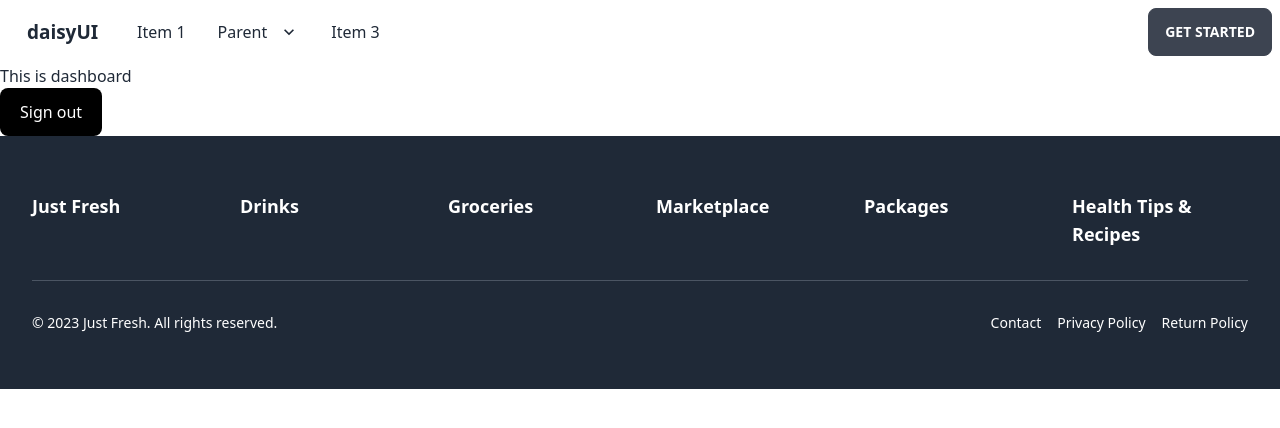
Repository: buzzedison/justfreshnew
Page: /dashboard
The author's editor kept a copy of each file at every save. The page is drawn from the files as they stood at one save, then again after the next save.
The browser window is 1280 px wide. The pictures show the whole page.
The project was rebuilt for these pictures with package versions that can differ from the ones it lists, and the page was loaded fresh each time. The framework's server and built-in components were replaced by stand-ins that run in the browser. Also part of the build but not shown: svelte.config.js, vite.config.js.

Above is the page before, as saved 2023-04-05 09:22:49.

### src/routes/+layout.svelte
<script>
  import "../app.css";

  import Navbar from "../components/Navbar.svelte";
  import Footer from "../components/Footer.svelte";
</script>

<div>
  <Navbar />
  <slot />
  <Footer />
</div>

### src/routes/dashboard/+page.svelte
<script>
  import { authHandlers } from "$stores/store.js";

  async function handleSignOut() {
    try {
      await authHandlers.logout();
      // Redirect or perform any other action after signing out
    } catch (error) {
      console.error("Error signing out:", error);
    }
  }
</script>

<div>
  <h1>This is dashboard</h1>

  <button
    class="bg-black py-3 px-5 text-white rounded-lg"
    on:click={handleSignOut}>Sign out</button
  >
</div>

### src/components/Navbar.svelte
<!-- src/components/Navbar.svelte -->
<!-- <nav class="bg-white shadow-sm">
  <div class="container mx-auto px-4">
    <div class="flex items-center justify-between py-4">
      <div class="text-2xl font-bold text-orange-600">Just Fresh</div>
      <ul class="flex items-center space-x-4 text-gray-700">
        <li>
          <a href="/" class="hover:text-orange-600"> About </a>
        </li>
        <li>
          <a href="/juices" class="hover:text-orange-600"> Drinks </a>
        </li>
        <li>
          <a href="/groceries" class="hover:text-orange-600"> Groceries </a>
        </li>
        <li>
          <a href="/marketplace" class="hover:text-orange-600"> Marketplace </a>
        </li>
        <li>
          <a href="/packages" class="hover:text-orange-600"> Packages </a>
        </li>
        <li>
          <a href="/contact" class="hover:text-orange-600">
            Health Tips & Recipes
          </a>
        </li>
      </ul>
    </div>
  </div>
</nav> -->

<script>
  import { onMount } from "svelte";

  onMount(() => {
    // Your JavaScript code for the component goes here, if needed
  });
</script>

<div class="navbar bg-base-100">
  <div class="navbar-start">
    <!-- Mobile menu -->
    <div class="dropdown lg:hidden">
      <button class="btn btn-ghost">
        <svg
          xmlns="http://www.w3.org/2000/svg"
          class="h-5 w-5"
          fill="none"
          viewBox="0 0 24 24"
          stroke="currentColor"
          ><path
            stroke-linecap="round"
            stroke-linejoin="round"
            stroke-width="2"
            d="M4 6h16M4 12h8m-8 6h16"
          /></svg
        >
      </button>
      <ul
        class="menu menu-compact dropdown-content mt-3 p-2 shadow bg-base-100 rounded-box w-52"
      >
        <li><a href="/">Item 1</a></li>
        <li>
          <button class="justify-between w-full text-left">
            Parent
            <svg
              class="fill-current"
              xmlns="http://www.w3.org/2000/svg"
              width="24"
              height="24"
              viewBox="0 0 24 24"
              ><path
                d="M8.59,16.58L13.17,12L8.59,7.41L10,6L16,12L10,18L8.59,16.58Z"
              /></svg
            >
          </button>
          <ul class="p-2">
            <li><a href="/">Submenu 1</a></li>
            <li><a href="/">Submenu 2</a></li>
          </ul>
        </li>
        <li><a href="/">Item 3</a></li>
      </ul>
    </div>

    <!-- Desktop menu -->
    <div class="hidden lg:flex">
      <a href="/" class="btn btn-ghost normal-case text-xl">daisyUI</a>
      <ul class="menu menu-horizontal px-1">
        <li><a href="/">Item 1</a></li>
        <li>
          <button class="justify-between">
            Parent
            <svg
              class="fill-current"
              xmlns="http://www.w3.org/2000/svg"
              width="20"
              height="20"
              viewBox="0 0 24 24"
              ><path
                d="M7.41,8.58L12,13.17L16.59,8.58L18,10L12,16L6,10L7.41,8.58Z"
              /></svg
            >
          </button>
          <ul class="p-2">
            <li><a href="/">Submenu 1</a></li>
            <li><a href="/">Submenu 2</a></li>
          </ul>
        </li>
        <li><a href="/">Item 3</a></li>
      </ul>
    </div>
  </div>

  <div class="navbar-end">
    <a href="/" class="btn">Get started</a>
  </div>
</div>

<style>
  /* Add any component-specific styles here */
</style>

### src/components/Footer.svelte
<script>
  // You can add any necessary script here
</script>

<footer class="bg-gray-800 text-white px-8 py-14">
  <div class="container mx-auto">
    <div class="grid grid-cols-1 md:grid-cols-6 gap-8 mb-8">
      <div class="font-semibold text-lg">Just Fresh</div>
      <div class="font-semibold text-lg">Drinks</div>
      <div class="font-semibold text-lg">Groceries</div>
      <div class="font-semibold text-lg">Marketplace</div>
      <div class="font-semibold text-lg">Packages</div>
      <div class="font-semibold text-lg">Health Tips & Recipes</div>
    </div>
    <hr class="border-gray-600" />
    <div class="flex flex-wrap justify-between mt-8 text-sm">
      <div>
        &copy; {new Date().getFullYear()} Just Fresh. All rights reserved.
      </div>
      <div class="flex flex-wrap gap-4 mt-4 md:mt-0">
        <a href="/contact" class="hover:text-gray-300">Contact</a>
        <a href="/privacy-policy" class="hover:text-gray-300">Privacy Policy</a>
        <a href="/return-policy" class="hover:text-gray-300">Return Policy</a>
      </div>
    </div>
  </div>
</footer>

<style>
  /* Add any necessary custom styles here */
</style>

### tailwind.config.cjs
/** @type {import('tailwindcss').Config} */
module.exports = {
  content: ['./src/**/*.{html,js,svelte,ts}'],
  daisyui: {
    themes: ["light", "dark", "cupcake", "bumblebee", "emerald", "corporate", "synthwave", "retro", "cyberpunk", "valentine", "halloween", "garden", "forest", "aqua", "lofi", "pastel", "fantasy", "wireframe", "black", "luxury", "dracula", "cmyk", "autumn", "business", "acid", "lemonade", "night", "coffee", "winter"],
    extend: {},

  },
  plugins: [require("daisyui")],
}

Loaded but not shown: src/app.html (common file); src/app.css (common file)

After the next save:
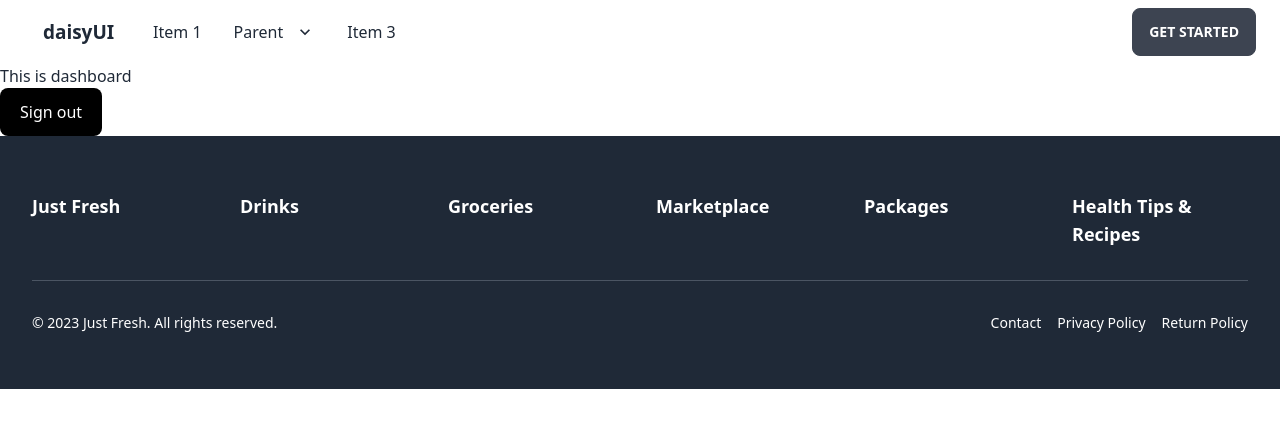
Saved 60 min 14 s later.
--- a/src/components/Navbar.svelte
+++ b/src/components/Navbar.svelte
@@ -37,83 +37,85 @@
   });
 </script>
 
-<div class="navbar bg-base-100">
-  <div class="navbar-start">
-    <!-- Mobile menu -->
-    <div class="dropdown lg:hidden">
-      <button class="btn btn-ghost">
-        <svg
-          xmlns="http://www.w3.org/2000/svg"
-          class="h-5 w-5"
-          fill="none"
-          viewBox="0 0 24 24"
-          stroke="currentColor"
-          ><path
-            stroke-linecap="round"
-            stroke-linejoin="round"
-            stroke-width="2"
-            d="M4 6h16M4 12h8m-8 6h16"
-          /></svg
+<div class="container mx-auto px-4">
+  <div class="navbar bg-base-100">
+    <div class="navbar-start">
+      <!-- Mobile menu -->
+      <div class="dropdown lg:hidden">
+        <button class="btn btn-ghost">
+          <svg
+            xmlns="http://www.w3.org/2000/svg"
+            class="h-5 w-5"
+            fill="none"
+            viewBox="0 0 24 24"
+            stroke="currentColor"
+            ><path
+              stroke-linecap="round"
+              stroke-linejoin="round"
+              stroke-width="2"
+              d="M4 6h16M4 12h8m-8 6h16"
+            /></svg
+          >
+        </button>
+        <ul
+          class="menu menu-compact dropdown-content mt-3 p-2 shadow bg-base-100 rounded-box w-52"
         >
-      </button>
-      <ul
-        class="menu menu-compact dropdown-content mt-3 p-2 shadow bg-base-100 rounded-box w-52"
-      >
-        <li><a href="/">Item 1</a></li>
-        <li>
-          <button class="justify-between w-full text-left">
-            Parent
-            <svg
-              class="fill-current"
-              xmlns="http://www.w3.org/2000/svg"
-              width="24"
-              height="24"
-              viewBox="0 0 24 24"
-              ><path
-                d="M8.59,16.58L13.17,12L8.59,7.41L10,6L16,12L10,18L8.59,16.58Z"
-              /></svg
-            >
-          </button>
-          <ul class="p-2">
-            <li><a href="/">Submenu 1</a></li>
-            <li><a href="/">Submenu 2</a></li>
-          </ul>
-        </li>
-        <li><a href="/">Item 3</a></li>
-      </ul>
+          <li><a href="/">Item 1</a></li>
+          <li>
+            <button class="justify-between w-full text-left">
+              Parent
+              <svg
+                class="fill-current"
+                xmlns="http://www.w3.org/2000/svg"
+                width="24"
+                height="24"
+                viewBox="0 0 24 24"
+                ><path
+                  d="M8.59,16.58L13.17,12L8.59,7.41L10,6L16,12L10,18L8.59,16.58Z"
+                /></svg
+              >
+            </button>
+            <ul class="p-2">
+              <li><a href="/">Submenu 1</a></li>
+              <li><a href="/">Submenu 2</a></li>
+            </ul>
+          </li>
+          <li><a href="/">Item 3</a></li>
+        </ul>
+      </div>
+
+      <!-- Desktop menu -->
+      <div class="hidden lg:flex">
+        <a href="/" class="btn btn-ghost normal-case text-xl">daisyUI</a>
+        <ul class="menu menu-horizontal px-1">
+          <li><a href="/">Item 1</a></li>
+          <li>
+            <button class="justify-between">
+              Parent
+              <svg
+                class="fill-current"
+                xmlns="http://www.w3.org/2000/svg"
+                width="20"
+                height="20"
+                viewBox="0 0 24 24"
+                ><path
+                  d="M7.41,8.58L12,13.17L16.59,8.58L18,10L12,16L6,10L7.41,8.58Z"
+                /></svg
+              >
+            </button>
+            <ul class="p-2">
+              <li><a href="/">Submenu 1</a></li>
+              <li><a href="/">Submenu 2</a></li>
+            </ul>
+          </li>
+          <li><a href="/">Item 3</a></li>
+        </ul>
+      </div>
     </div>
 
-    <!-- Desktop menu -->
-    <div class="hidden lg:flex">
-      <a href="/" class="btn btn-ghost normal-case text-xl">daisyUI</a>
-      <ul class="menu menu-horizontal px-1">
-        <li><a href="/">Item 1</a></li>
-        <li>
-          <button class="justify-between">
-            Parent
-            <svg
-              class="fill-current"
-              xmlns="http://www.w3.org/2000/svg"
-              width="20"
-              height="20"
-              viewBox="0 0 24 24"
-              ><path
-                d="M7.41,8.58L12,13.17L16.59,8.58L18,10L12,16L6,10L7.41,8.58Z"
-              /></svg
-            >
-          </button>
-          <ul class="p-2">
-            <li><a href="/">Submenu 1</a></li>
-            <li><a href="/">Submenu 2</a></li>
-          </ul>
-        </li>
-        <li><a href="/">Item 3</a></li>
-      </ul>
+    <div class="navbar-end">
+      <a href="/" class="btn">Get started</a>
     </div>
-  </div>
-
-  <div class="navbar-end">
-    <a href="/" class="btn">Get started</a>
   </div>
 </div>
 
